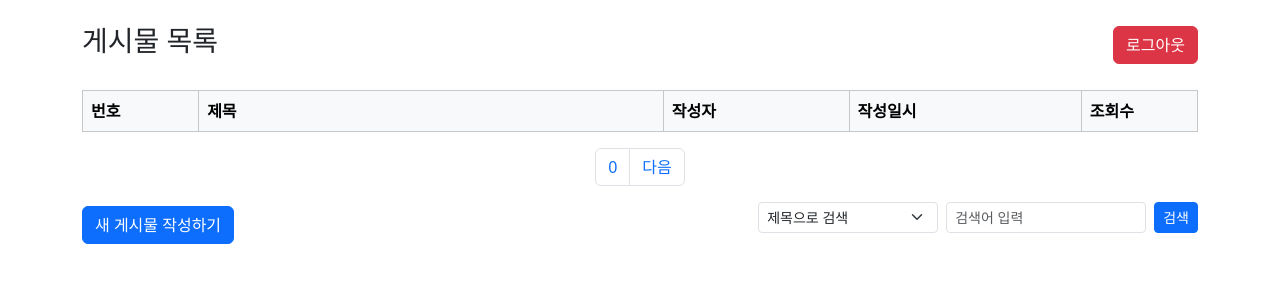
Repository: LHH-commits/SpringBoot_simple_board
Page: http://localhost/lcomputerstudy/WEB-INF/views/list.jsp
The author's editor kept a copy of each file at every save. The page is drawn from the files as they stood at one save, then again after the next save.
The browser window is 1280 px wide. The pictures show the whole page.
The page is served by Tomcat 9. Nobody is signed in. Other server files are loaded and not shown. The template is opened directly, without the code that normally fills it, so the values that code supplies are empty.

Above is the page before, as saved 2024-09-23 01:37:55.

### lcomputerstudy/src/main/webapp/WEB-INF/views/list.jsp
<%@ page language="java" contentType="text/html; charset=UTF-8" pageEncoding="UTF-8"%>
<%@ taglib prefix="c" uri="http://java.sun.com/jsp/jstl/core"%>

<!DOCTYPE html>
<html>
<head>
<meta charset="UTF-8">
<title>게시물 목록</title>
<script src="https://ajax.googleapis.com/ajax/libs/jquery/1.12.4/jquery.min.js"></script>
<link href="https://cdn.jsdelivr.net/npm/bootstrap@5.3.3/dist/css/bootstrap.min.css" rel="stylesheet" integrity="sha384-QWTKZyjpPEjISv5WaRU9OFeRpok6YctnYmDr5pNlyT2bRjXh0JMhjY6hW+ALEwIH" crossorigin="anonymous">
<script src="https://cdn.jsdelivr.net/npm/bootstrap@5.3.3/dist/js/bootstrap.bundle.min.js" integrity="sha384-YvpcrYf0tY3lHB60NNkmXc5s9fDVZLESaAA55NDzOxhy9GkcIdslK1eN7N6jIeHz" crossorigin="anonymous"></script>
<!-- <style>
        body {
            font-family: Arial, sans-serif;
            margin: 20px;
        }
        table {
            width: 100%;
            border-collapse: collapse;
            margin-bottom: 20px;
        }
        th, td {
            padding: 10px;
            text-align: left;
            border-bottom: 1px solid #ddd;
        }
        th {
            background-color: #f4f4f4;
        }
        tr:hover {
            background-color: #f1f1f1;
        }
        h1 {
            color: #333;
        }
        .container {
            max-width: 1200px;
            margin: 0 auto;
        }
        .button {
            padding: 10px 15px;
            text-decoration: none;
            color: #fff;
            background-color: #007bff;
            border-radius: 5px;
            font-size: 16px;
            display: inline-block;
            margin-bottom: 20px;
        }
        .button:hover {
            background-color: #0056b3;
        }
        .header {
	        display: flex;
	        justify-content: space-between;
	        align-items: center;
	        margin-bottom: 20px;
   		}
    	.logout-button {
	        padding: 10px 15px;
	        text-decoration: none;
	        color: #fff;
	        background-color: #dc3545;
	        border-radius: 5px;
	        font-size: 16px;
   		}
    	.logout-button:hover {
        	background-color: #c82333;
   		}
   		.pagination {
	        text-align: center;
	        margin: 20px 0;
	    }
	    .pagination a {
	        color: #007bff;
	        text-decoration: none;
	        padding: 10px 15px;
	        border: 1px solid #ddd;
	        border-radius: 5px;
	        margin: 0 5px;
	    }
	    .pagination a:hover, .pagination a.active {
	        background-color: #007bff;
	        color: #fff;
	        border-color: #007bff;
	    }
	    .pagination .disabled {
	        color: #ddd;
	        border-color: #ddd;
	        cursor: not-allowed;
	    }
    </style> -->
<script>
    function goToList() {
        window.location.href = "/list"; // 전체 리스트로 이동
    }
</script>
</head>
<body>
    <div class="container mt-4">
    	<div class="d-flex justify-content-between align-items-center mb-4">
    		<h1 class="h3" onclick="goToList()" style="cursor: pointer;">게시물 목록</h1>
    		<a href="/logout" class="btn btn-danger">로그아웃</a>
    	</div>

    <table class="table table-hover table-bordered">
        <thead class="table-light">
            <tr>
                <th style="width: 5%">번호</th>
                <th style="width: 20%">제목</th>
                <th style="width: 8%">작성자</th>
                <th style="width: 10%">작성일시</th>
                <th style="width: 5%">조회수</th>
            </tr>
        </thead>
        <tbody>
            <c:forEach var="item" items="${list}">
                <tr>
                    <td>${item.bId}</td>
                    <td><a href="/detailBoard?bId=${item.bId}&page=${pagination.page}&searchOption=${searchparam.searchOption}&searchKeyword=${searchparam.searchKeyword}"
                    class="text-decoration-none">${item.bTitle}</a></td>
                    <td>${item.bWriter}</td>
                    <td>${item.bDateTime}</td>
                    <td>${item.bViews}</td>
                </tr>
            </c:forEach>
        </tbody>
    </table>
    <nav>
		<ul class="pagination justify-content-center">
		    <c:if test="${pagination.prevPage > 0}">
		    	<li class="page-item">
		        	<a class="page-link" href="/list?page=${pagination.prevPage}&searchOption=${searchparam.searchOption}&searchKeyword=${searchparam.searchKeyword}">이전</a>
		    </c:if>
		    <c:forEach var="i" begin="${pagination.startPage}" end="${pagination.endPage}">
		    	<li class="page-item ${i == pagination.page ? 'active' : ''}">
		        	<a class="page-link" href="/list?page=${i}&searchOption=${searchparam.searchOption}&searchKeyword=${searchparam.searchKeyword}">${i}</a>
		        </li>
		    </c:forEach>
		    <c:if test="${pagination.nextPage <= pagination.lastPage}">
		    	<li class="page-item">
		        	<a class="page-link" href="/list?page=${pagination.nextPage}&searchOption=${searchparam.searchOption}&searchKeyword=${searchparam.searchKeyword}">다음</a>
		    	</li>
		    </c:if>
		</ul>
	</nav>
		<div class="d-flex justify-content-between align-items-center mb-4">
	        <a href="/insertBoard" class="btn btn-primary">새 게시물 작성하기</a>
	        <form action="/list" method="get" class="d-flex mb-3">
			    <select name="searchOption" class="form-select form-select-sm me-2" style="width:180px">
			        <option value="title" ${searchparam.searchOption == 'title' ? 'selected' : ''}>제목으로 검색</option>
			        <option value="content" ${searchparam.searchOption == 'content' ? 'selected' : ''}>내용으로 검색</option>
			        <option value="titleContent" ${searchparam.searchOption == 'titleContent' ? 'selected' : ''}>제목+내용으로 검색</option>
			    </select>
		    	<input type="text" name="searchKeyword" class="form-control form-control-sm me-2" style="width:200px" value="${searchparam.searchKeyword != null ? searchparam.searchKeyword : ''}" placeholder="검색어 입력">
		   		<button type="submit" class="btn btn-primary btn-sm">검색</button>
			</form>
		</div>
    </div>
</body>
</html>

After the next save:
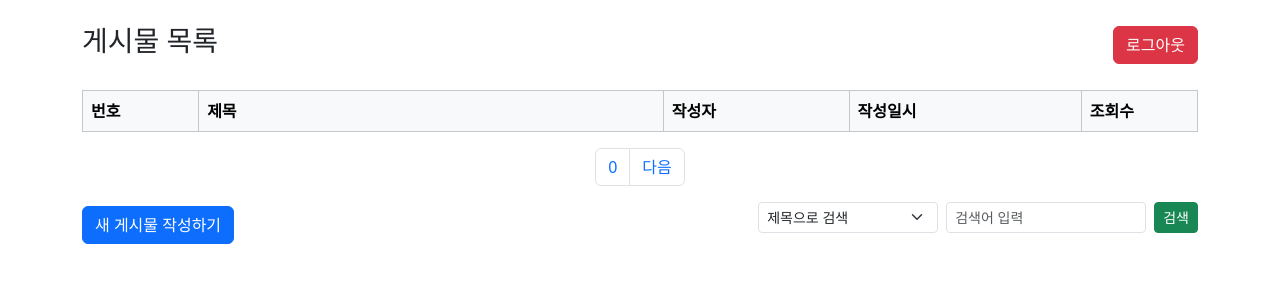
Saved 44 s later.
--- a/lcomputerstudy/src/main/webapp/WEB-INF/views/list.jsp
+++ b/lcomputerstudy/src/main/webapp/WEB-INF/views/list.jsp
@@ -153,7 +153,7 @@
 			        <option value="titleContent" ${searchparam.searchOption == 'titleContent' ? 'selected' : ''}>제목+내용으로 검색</option>
 			    </select>
 		    	<input type="text" name="searchKeyword" class="form-control form-control-sm me-2" style="width:200px" value="${searchparam.searchKeyword != null ? searchparam.searchKeyword : ''}" placeholder="검색어 입력">
-		   		<button type="submit" class="btn btn-primary btn-sm">검색</button>
+		   		<button type="submit" class="btn btn-success btn-sm">검색</button>
 			</form>
 		</div>
     </div>

After the save that followed:
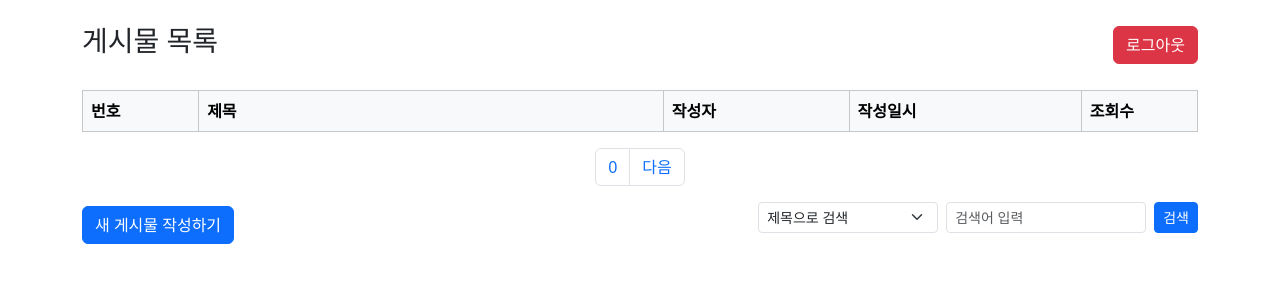
Saved 11 s later.
--- a/lcomputerstudy/src/main/webapp/WEB-INF/views/list.jsp
+++ b/lcomputerstudy/src/main/webapp/WEB-INF/views/list.jsp
@@ -153,7 +153,7 @@
 			        <option value="titleContent" ${searchparam.searchOption == 'titleContent' ? 'selected' : ''}>제목+내용으로 검색</option>
 			    </select>
 		    	<input type="text" name="searchKeyword" class="form-control form-control-sm me-2" style="width:200px" value="${searchparam.searchKeyword != null ? searchparam.searchKeyword : ''}" placeholder="검색어 입력">
-		   		<button type="submit" class="btn btn-success btn-sm">검색</button>
+		   		<button type="submit" class="btn btn-primary btn-sm">검색</button>
 			</form>
 		</div>
     </div>
